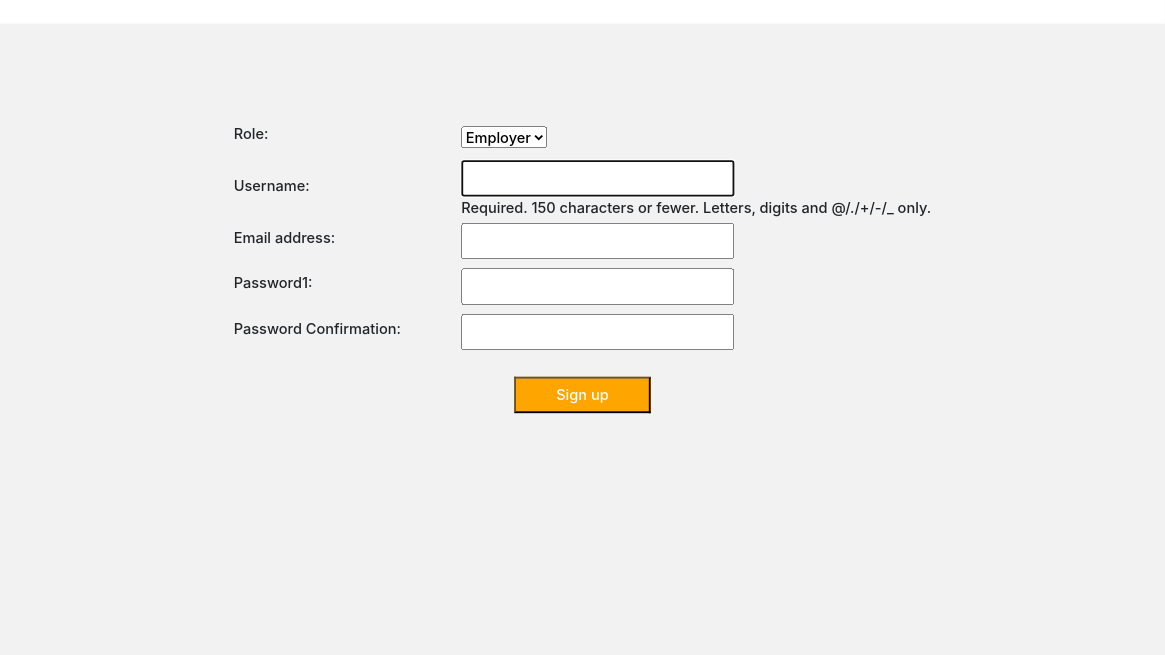
Repository: Code-Institute-Submissions/eileensiah-Project-4
Page: http://localhost/accounts/signup/
The author's editor kept a record of every edit. The page is drawn from the files as they stood at one moment, then again after the next edit.
The browser window is 1280 px wide. The pictures show the whole page, at 91% of full size.
Some web libraries are served in a nearby version. The page is served by the project's application, run on Django 2.2 (manage.py).

Above is the page before.

After the next edit:
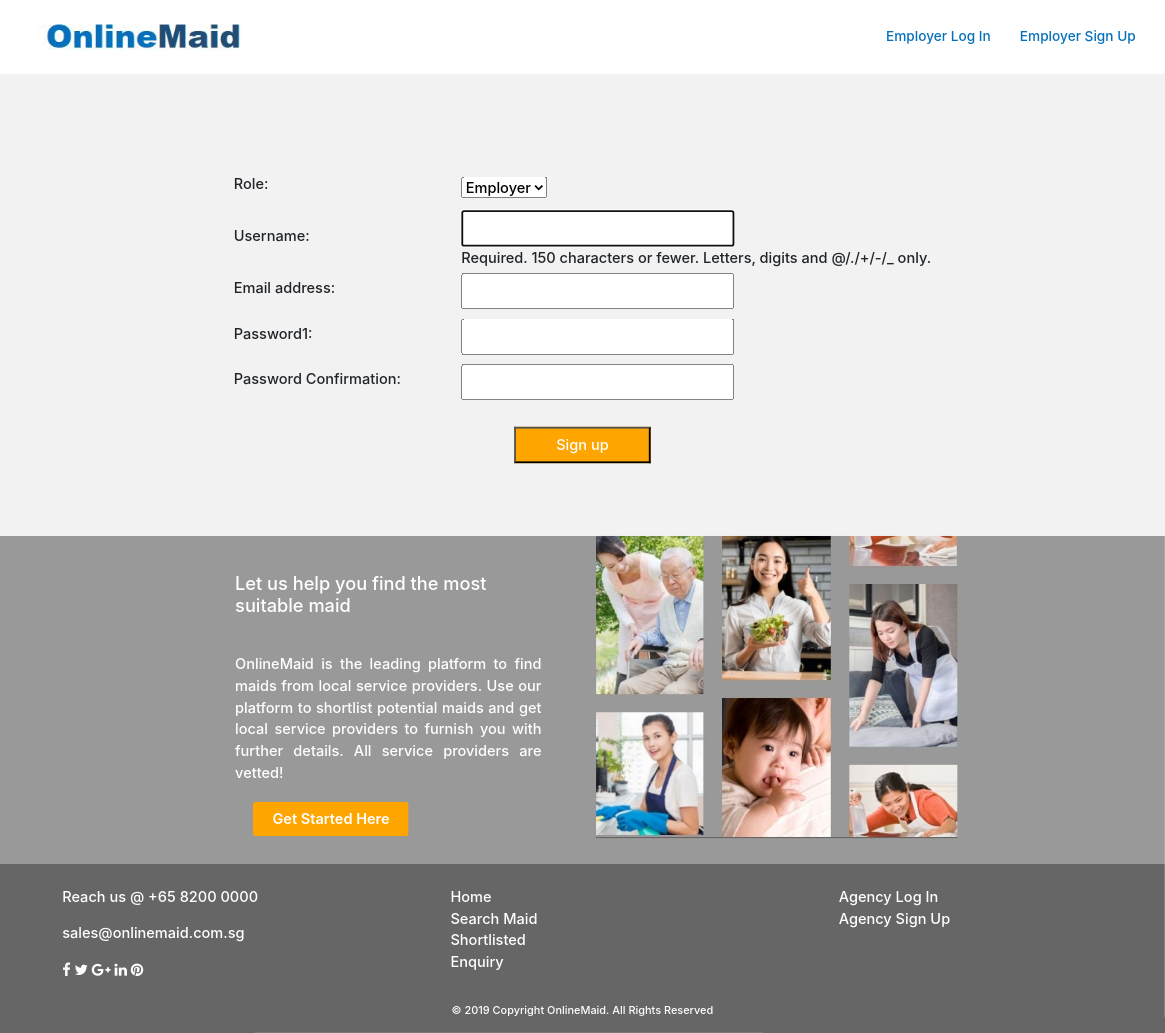
The edit:
--- a/accounts/templates/signup.html
+++ b/accounts/templates/signup.html
@@ -1,4 +1,4 @@
-{% extends "agency_base.html" %}
+{% extends "webfront_base.html" %}
 
 
 
